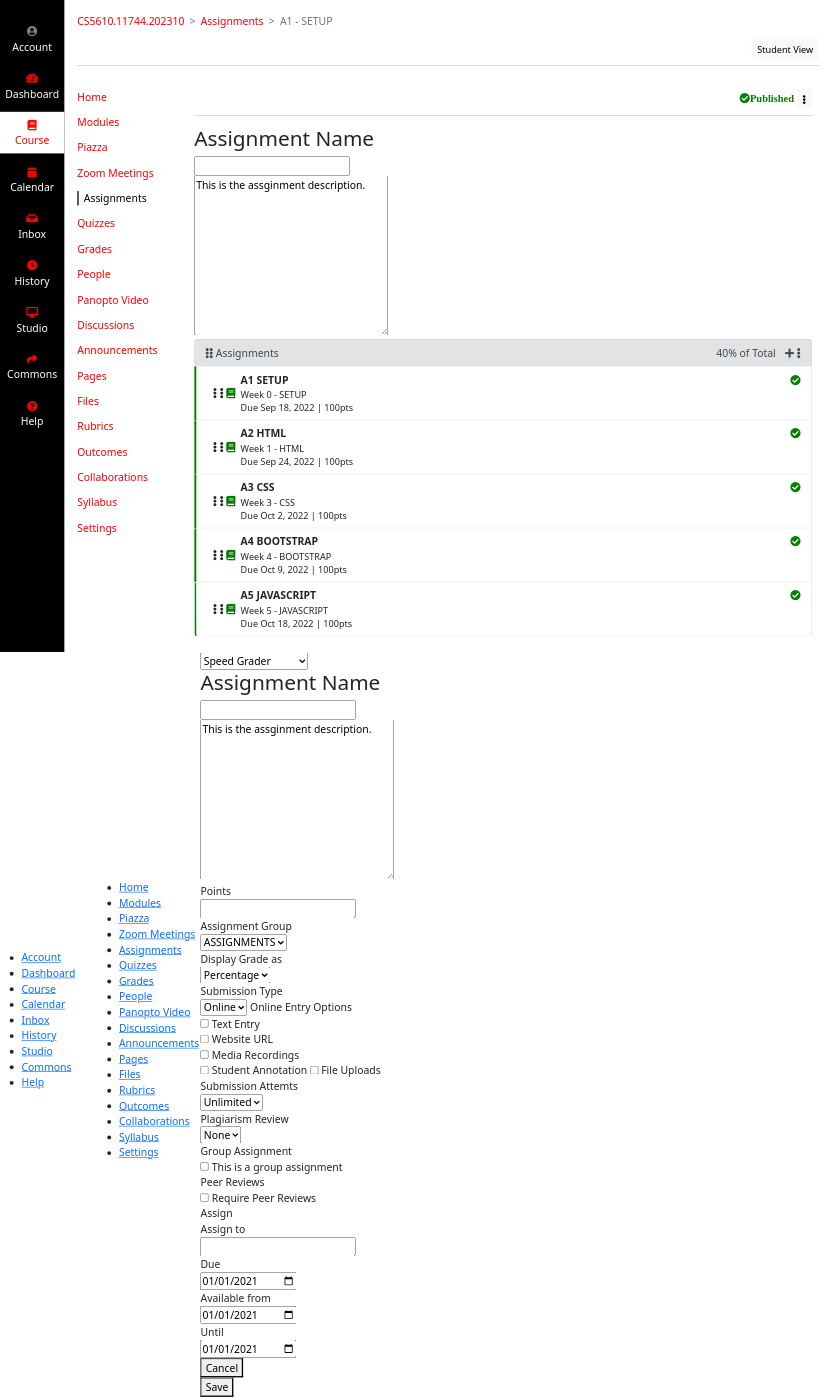
Repository: yuqiant/kanbas-react-web-app
Page: public/kanbas/assignment/edit.html
An editor plug-in stored every save of this project. The page is shown before and after the next save, followed by the edit.
The browser window is 1280 px wide. The pictures show the whole page, at 65% of full size.

Above is the page before, as saved 2023-10-05 00:33:26.

After the next save:
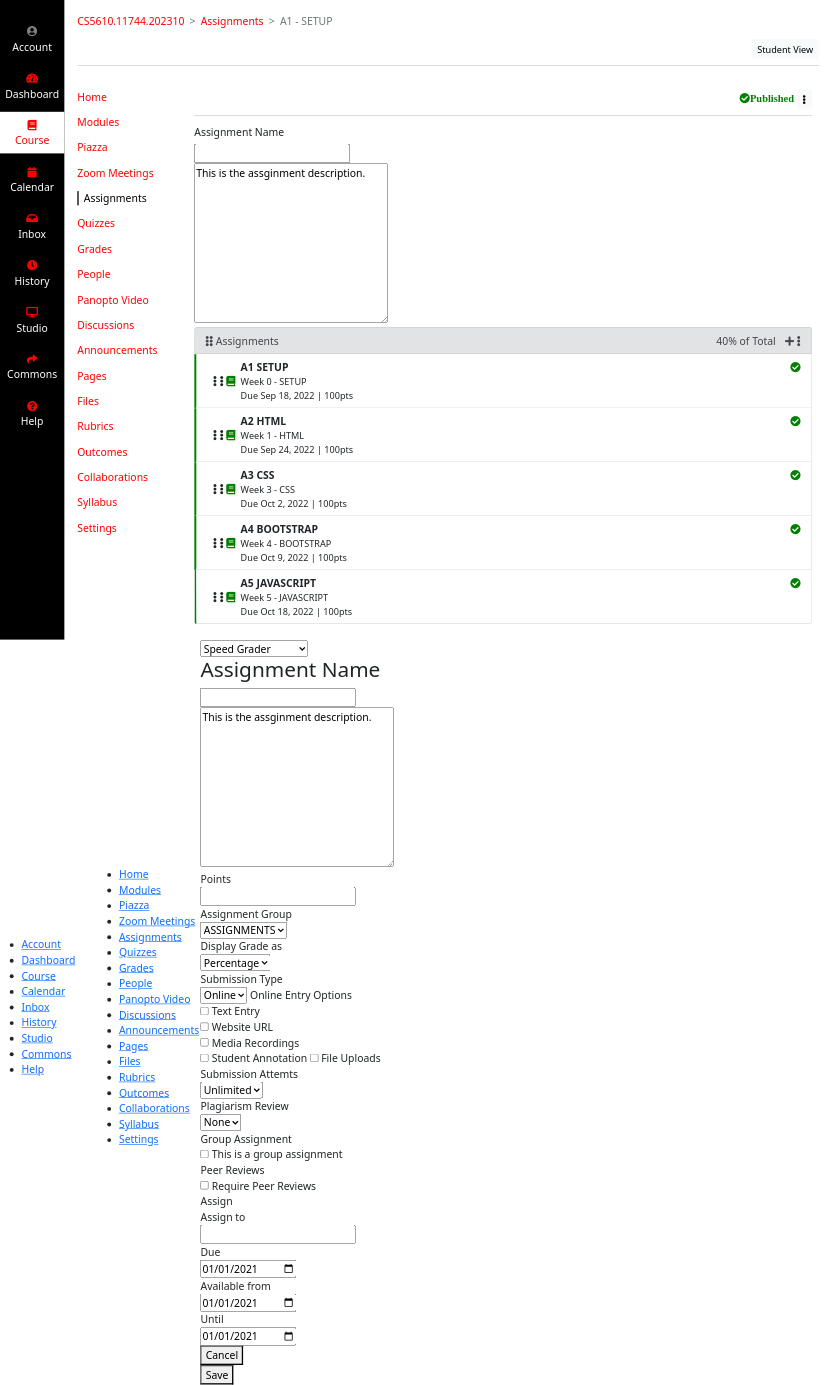
Saved 12 s later.
--- a/public/kanbas/assignment/edit.html
+++ b/public/kanbas/assignment/edit.html
@@ -88,7 +88,7 @@
 
                     </div><br>
                     <hr />
-                    <h2>Assignment Name</h2>
+                    <h6>Assignment Name</h6>
 
                     <input id="text-fields-assginment" /><br />
                     <form id="textarea">
